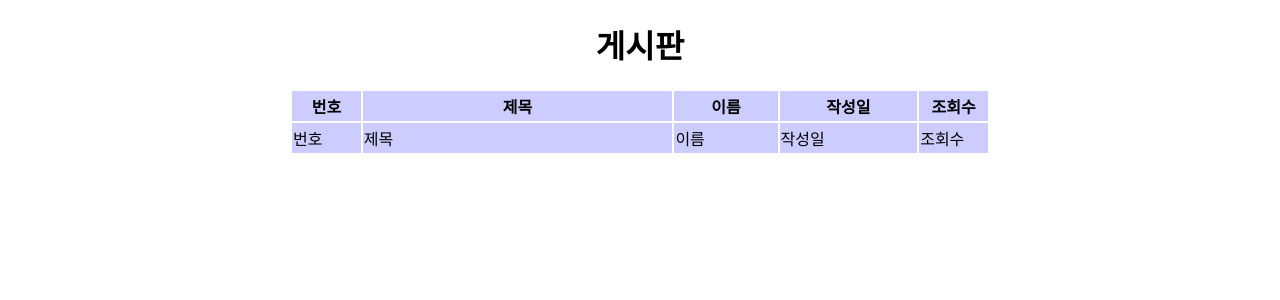
Repository: Rummikub/DBStudy
Page: HTML Project3/WebContent/html/list.html
An editor plug-in stored every save of this project. The page is shown before and after the next save, followed by the edit.
The browser window is 1280 px wide. The pictures show the whole page.

Above is the page before, as saved 2020-02-05 06:35:58.

### HTML Project3/WebContent/html/list.html
<!DOCTYPE html>
<html>
<head>
<meta charset="UTF-8">
<title>Insert title here</title>
</head>
<body>
	<center>
	 <h1>게시판</h1>
	 <table border=0 width=700>
	  <tr bgcolor="#ccccff" height="30">
	   <th width=10%>번호</th>
	   <th width=45%>제목</th>
	   <th width=15%>이름</th>
	   <th width=20%>작성일</th>
	   <th width=10%>조회수</th>
	  </tr>
	  <tr bgcolor="#ccccff" height="30">
	   <td width=10%>번호</td>
	   <td width=45%>제목</td>
	   <td width=15%>이름</td>
	   <td width=20%>작성일</td>
	   <td width=10%>조회수</td>
	  </tr>
	 </table>
	</center>
</body>
</html>

After the next save:
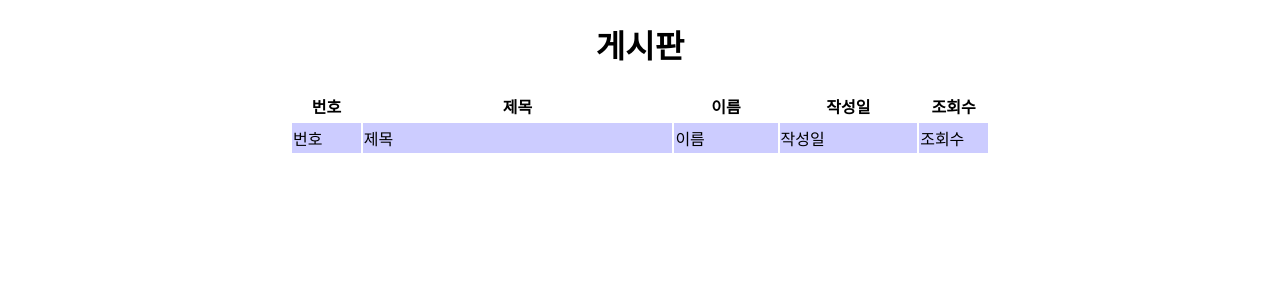
Saved 28 s later.
--- a/HTML Project3/WebContent/html/list.html
+++ b/HTML Project3/WebContent/html/list.html
@@ -8,7 +8,7 @@
 	<center>
 	 <h1>게시판</h1>
 	 <table border=0 width=700>
-	  <tr bgcolor="#ccccff" height="30">
+	  <tr  height="30">
 	   <th width=10%>번호</th>
 	   <th width=45%>제목</th>
 	   <th width=15%>이름</th>
